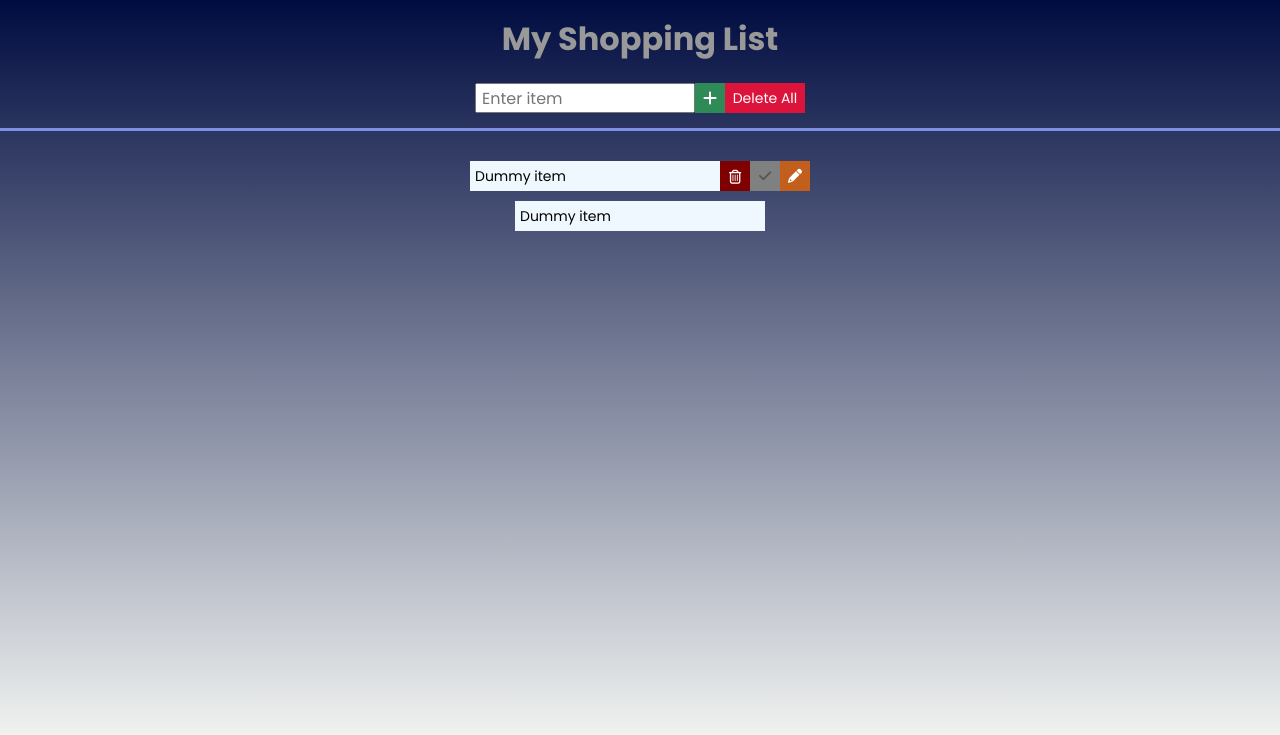
Repository: SaadYasin/shopping-list01-js
Page: index.html
These files come from the project's save history. The page is drawn as it stood at one moment and after a run of saves; the edit follows.
The browser window is 1280 px wide. The pictures show the whole page.

Above is the page before, as saved 2021-12-05 19:58:16.

After the next 2 saves:
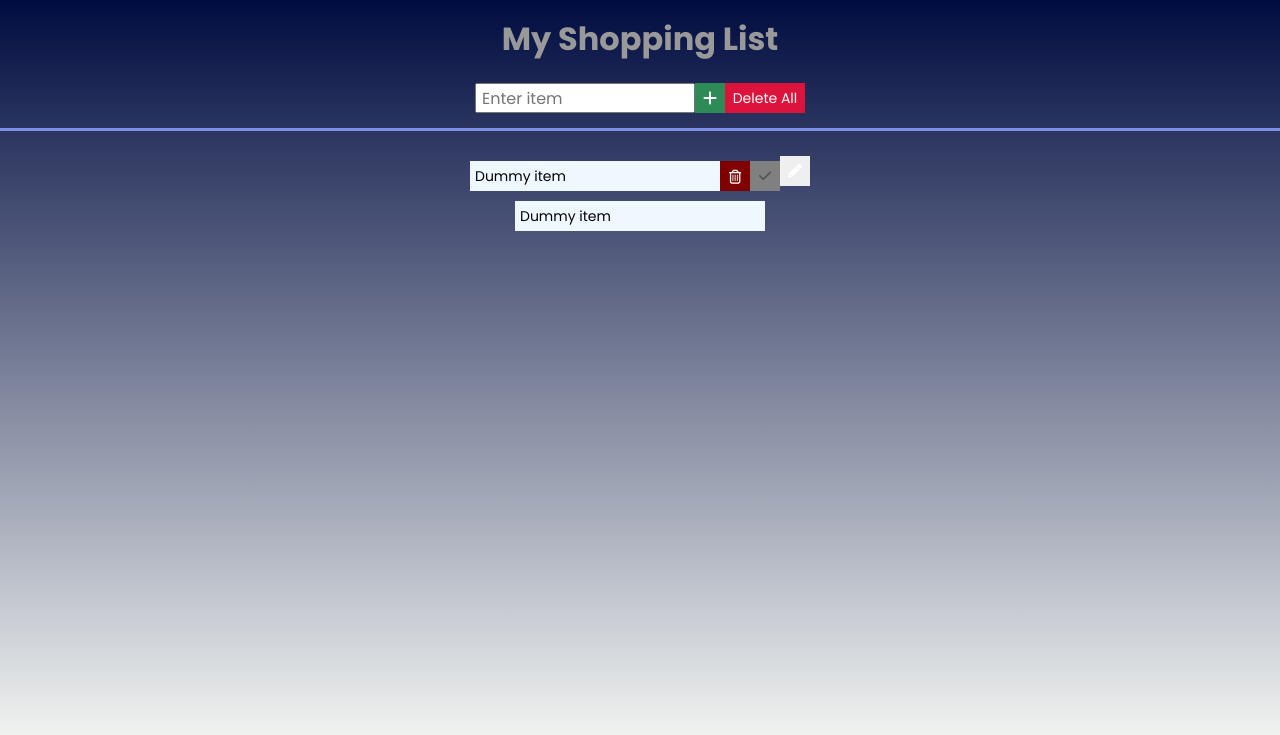
The 2 saves are shown as one change because they came seconds apart.
The last was saved 72 s later.
--- a/styles.css
+++ b/styles.css
@@ -119,7 +119,7 @@
     font-size: 14px;
 }
 
-.btn-edit {
+.btn .btn-edit {
     width: 30px;
     margin-top: 5px;
     background-color: rgb(194, 95, 29);

After the save that followed:
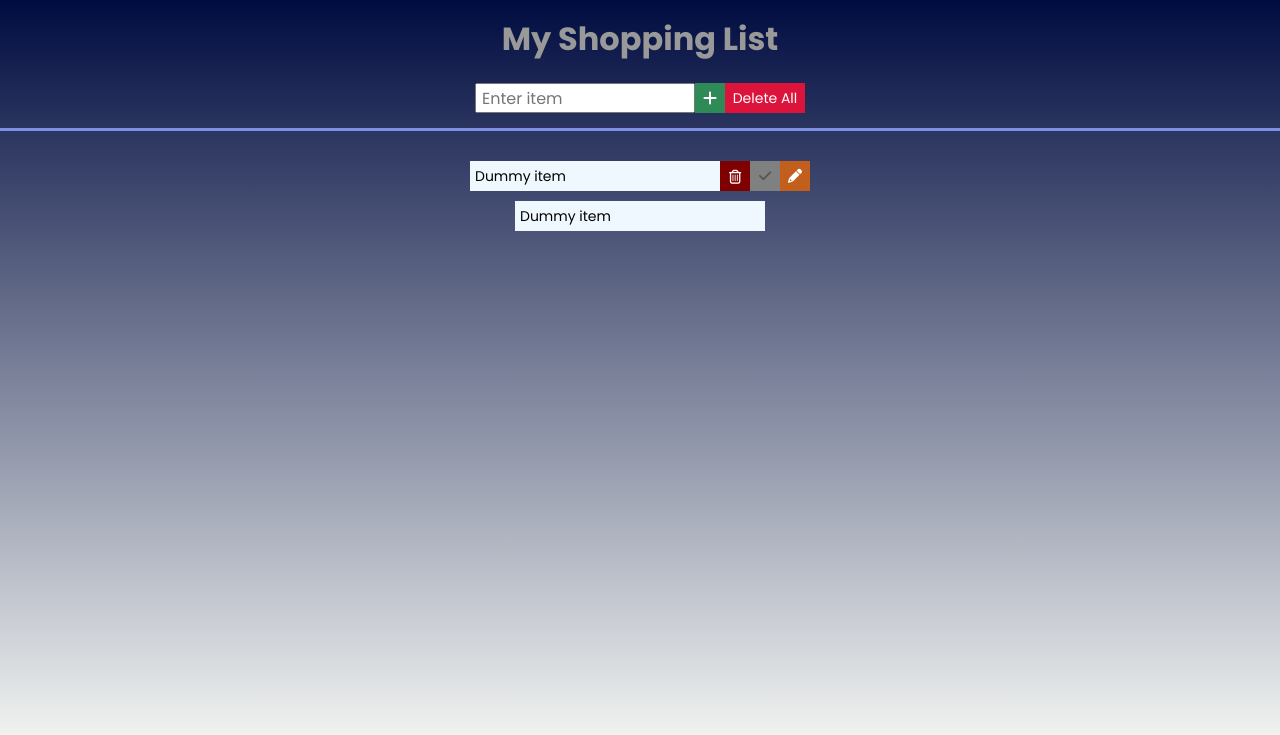
Saved 6 s later.
--- a/styles.css
+++ b/styles.css
@@ -119,7 +119,7 @@
     font-size: 14px;
 }
 
-.btn .btn-edit {
+.btn.btn-edit {
     width: 30px;
     margin-top: 5px;
     background-color: rgb(194, 95, 29);
